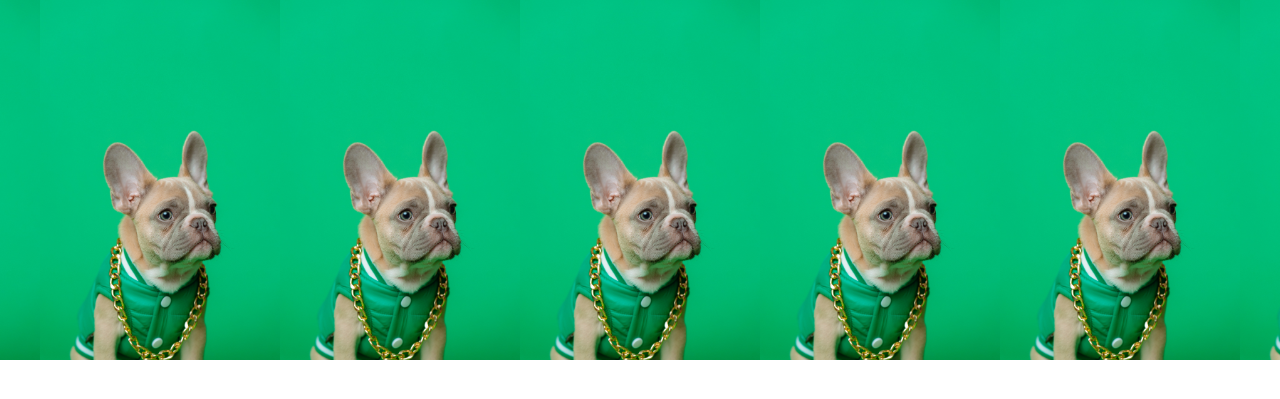
Repository: EmmanuelOyiti/Frontend_class
Page: Frontend class/index.html
These files come from the project's save history. The page is drawn as it stood at one moment and after the next save; the edit follows.
The browser window is 1280 px wide. The pictures show the whole page.

Above is the page before, as saved 2023-09-26 20:57:26.

After the next save:
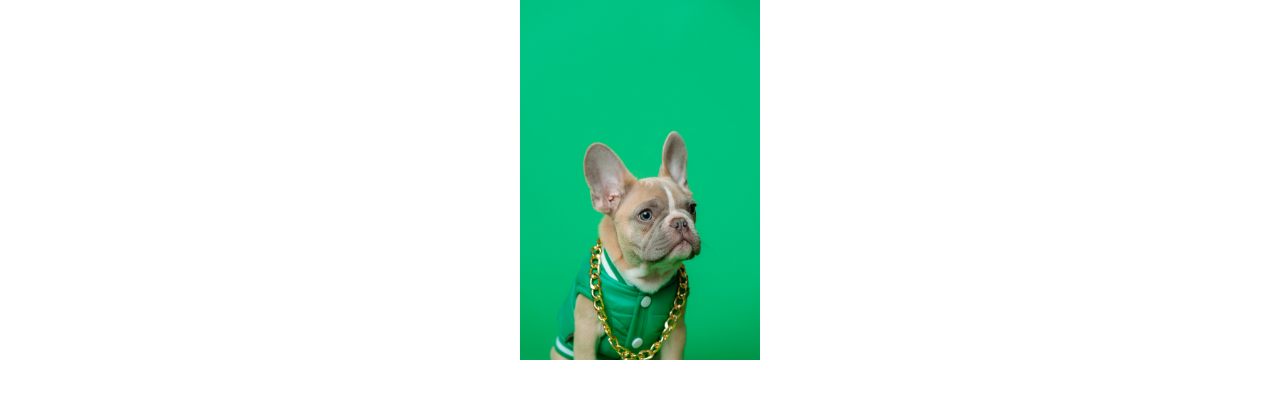
Saved 42 s later.
--- a/Frontend class/index.css
+++ b/Frontend class/index.css
@@ -7,6 +7,6 @@
     background-image: url('dog.jpg');
     background-position: center;
     background-size: contain;
-    /* background-repeat: repeat;
+    background-repeat: no-repeat;
 
 }
